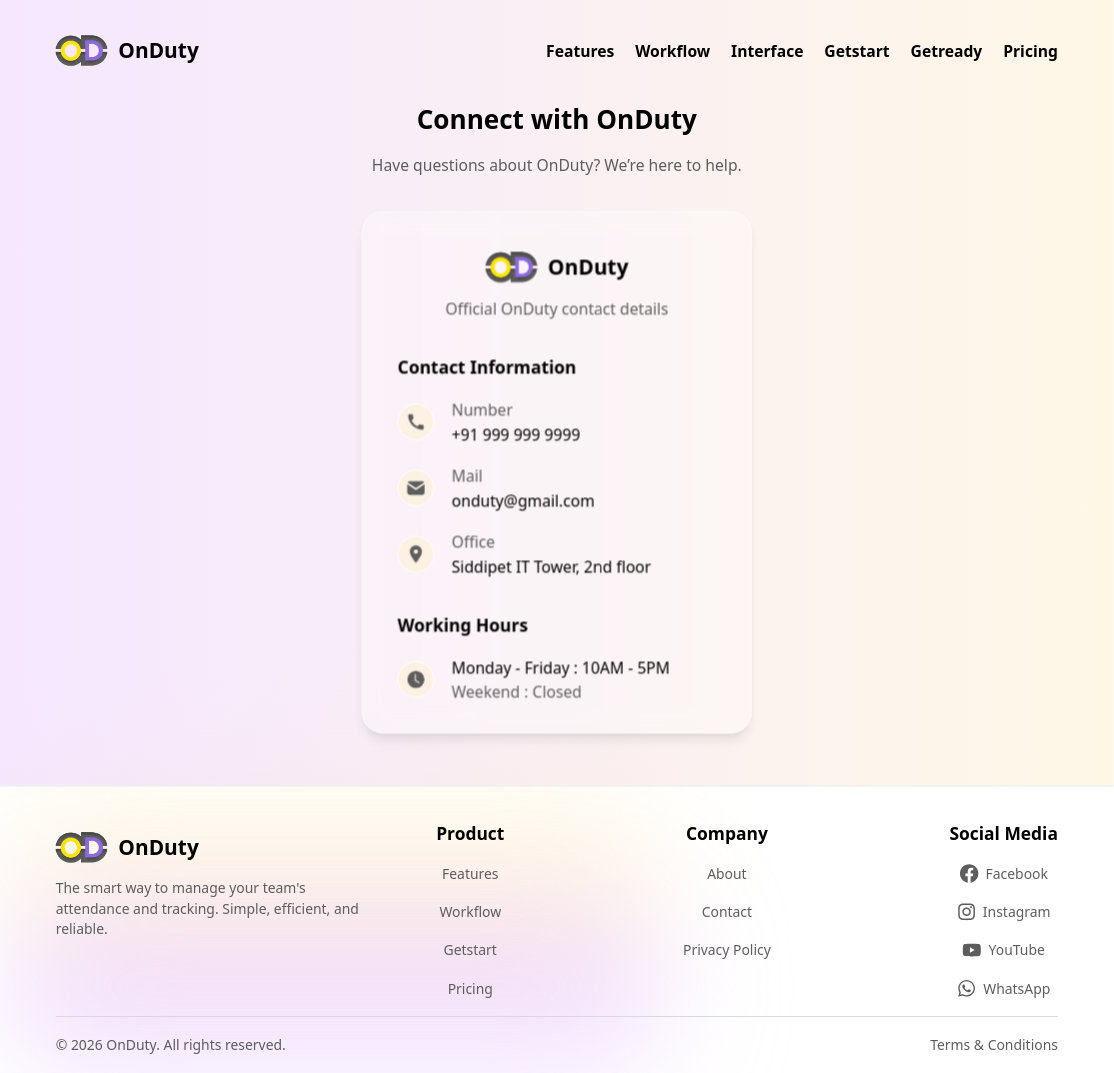
Repository: shekharzorin/ONDUTY-V1
Page: /contact
The author's editor kept a copy of each file at every save. The page is drawn from the files as they stood at one save, then again after the next save.
The browser window is 1280 px wide. The pictures show the whole page, at 87% of full size.
The project was rebuilt for these pictures with package versions that can differ from the ones it lists, and the page was loaded fresh each time. The framework's server and built-in components were replaced by stand-ins that run in the browser. Also part of the build but not shown: next.config.mjs, vite.config.js, app/components/ui/Crossicon.tsx.

Above is the page before, as saved 2026-01-17 16:44:12.

### app/layout.tsx
import type { Metadata } from "next";
import { Geist, Geist_Mono } from "next/font/google";
import "./globals.css";
import Navbar from "./components/header/Navbar";

const geistSans = Geist({
  variable: "--font-geist-sans",
  subsets: ["latin"],
});

const geistMono = Geist_Mono({
  variable: "--font-geist-mono",
  subsets: ["latin"],
});

export const metadata: Metadata = {
  title: "Create Next App",
  description: "Generated by create next app",
};

export default function RootLayout({
  children,
}: Readonly<{
  children: React.ReactNode;
}>) {
  return (
    <html lang="en">
      <body
        className={`${geistSans.variable} ${geistMono.variable} antialiased`}
      >
        <Navbar />
        {children}
      </body>
    </html>
  );
}

### app/contact/page.tsx
import Footer from "../components/footer/footer";
import ContactModal from "../components/sections/contact";

const page = () => {
  return (
    <div className="flex flex-col items-center justify-center">
      <ContactModal />
      <Footer />
    </div>
  );
};

export default page;

### app/globals.css
@import "tailwindcss";

:root {
  --color-primary: #8d6bdc;
  --color-secondary: #e0d4ff;
  --color-bg: #efefef;
  --color-sidebar: #ffffff;
  --color-gray: #5d5d5d;
}

html {
  scroll-behavior: smooth;
}




.flip-card {
  perspective: 1000px;
}

.flip-card-inner {
  transform-style: preserve-3d;
}

.flip-card-front,
.flip-card-back {
  position: absolute;
  width:auto;
  height:auto;
  backface-visibility: hidden;
}

.flip-card-back {
  transform: rotateY(180deg);
}

### app/components/header/Navbar.tsx
"use client";

import Logo from "@/public/images/od_logo.png";
import Image from "next/image";
import Link from "next/link";
import { usePathname } from "next/navigation";
import { useEffect, useState } from "react";
import { MdMenu } from "react-icons/md";
import { motion, AnimatePresence } from "framer-motion";
import { useRouter } from "next/navigation";
import Crossicon from "../ui/Crossicon";

export const navLinks = [
  { name: "Features", id: "features" },
  { name: "Workflow", id: "workflow" },
  { name: "Interface", id: "interface" },
  { name: "Getstart", id: "getstart" },
  { name: "Getready", id: "getready" },
  { name: "Pricing", path: "/pricing/" },
];

const Navbar = () => {
  const pathname = usePathname();
  const [isScrolled, setIsScrolled] = useState(false);
  const [isNavOpen, setIsNavOpen] = useState(false);
  const router = useRouter();
  const [activeSection, setActiveSection] = useState<string | null>(null);

  const handleScrollNav = (id: string) => {
    setActiveSection(id);
    router.push(`/#${id}`);
  };

  useEffect(() => {
    if (pathname !== "/") {
      setActiveSection(null);
    }
  }, [pathname]);

  useEffect(() => {
    if (pathname !== "/") return;
    const hash = window.location.hash.replace("#", "");
    if (hash) {
      setActiveSection(hash);
    } else {
      setActiveSection("features");
    }
  }, [pathname]);

  useEffect(() => {
    const handleScroll = () => setIsScrolled(window.scrollY > 20);
    window.addEventListener("scroll", handleScroll);
    return () => window.removeEventListener("scroll", handleScroll);
  }, []);

  useEffect(() => {
    if (isNavOpen) {
      document.body.style.overflow = "hidden";
    } else {
      document.body.style.overflow = "";
    }
    return () => {
      document.body.style.overflow = "";
    };
  }, [isNavOpen]);

  useEffect(() => {
    if (pathname !== "/") return;

    const sections = [
      "features",
      "workflow",
      "interface",
      "getready",
      "getstart",
    ];
    let locked = true;

    const unlock = () => (locked = false);
    window.addEventListener("scroll", unlock, { once: true });

    const observer = new IntersectionObserver(
      (entries) => {
        if (locked) return;

        entries.forEach((entry) => {
          if (entry.isIntersecting) {
            const id = entry.target.id;

            // 1️⃣ Update active state
            setActiveSection(id);

            // 2️⃣ Update URL hash WITHOUT navigation
            router.replace(`/#${id}`, { scroll: false });
          }
        });
      },
      {
        rootMargin: "-45% 0px -45% 0px",
        threshold: 0,
      }
    );

    sections.forEach((id) => {
      const el = document.getElementById(id);
      if (el) observer.observe(el);
    });

    return () => observer.disconnect();
  }, [pathname, router]);

  return (
    <header
      className={`fixed top-0 left-0 right-0 z-50 border-b transition-all ${
        isScrolled
          ? "bg-transparent backdrop-blur-md border-white shadow-lg py-0"
          : "bg-transparent border-transparent py-5"
      }`}
    >
      <div className="mx-auto w-full px-4 sm:px-6 md:px-8 lg:px-12 xl:px-16 2xl:px-24 max-w-384 py-2 flex items-center justify-between">
        <div className="flex gap-2 lg:gap-3 items-center">
          <Image
            src={Logo}
            alt="Onduty Logo"
            height={60}
            width={60}
            className="flex h-10 w-10 md:h-12 md:w-12 lg:h-15 lg:w-15"
          />
          <h1 className="text-2xl lg:text-2xl font-bold">OnDuty</h1>
        </div>

        {/* Desktop Navbar */}
        <nav className="hidden lg:flex gap-6">
          {navLinks.map((item) => {
            // SCROLL ITEM
            if (item.id) {
              return (
                <button
                  key={item.id}
                  onClick={() => handleScrollNav(item.id)}
                  className={`relative lg:font-semibold xl:font-bold text-lg transition-colors duration-300
                    after:absolute after:left-0 after:-bottom-1 after:h-1
                    after:rounded-full after:bg-(--color-primary)
                    after:transition-all after:duration-300
                    ${
                      activeSection === item.id && pathname === "/"
                        ? "text-(--color-primary)"
                        : "after:w-0 hover:after:w-full"
                    }
                  `}
                >
                  {item.name}
                </button>
              );
            }

            // ROUTE ITEM
            const isActive = pathname === item.path;

            return (
              <Link
                key={item.path}
                href={item.path!}
                className={`relative lg:font-semibold xl:font-bold text-lg transition-colors duration-300
                  after:absolute after:left-0 after:-bottom-1 after:h-1
                  after:rounded-full after:bg-(--color-primary)
                  after:transition-all after:duration-300
                  ${
                    isActive
                      ? "text-(--color-primary)"
                      : "after:w-0 hover:after:w-full"
                  }
                `}
              >
                {item.name}
              </Link>
            );
          })}
        </nav>

        <div className="lg:hidden gap-3">
          <div
            onClick={() => setIsNavOpen(true)}
            className="flex p-1 lg:hidden bg-(--color-secondary) rounded-full border-white border justify-center items-center"
          >
            <MdMenu size={28} className="opacity-10 animate-pulse" />
          </div>

          <AnimatePresence>
            {isNavOpen && (
              <motion.div
                className="fixed inset-0 backdrop-blur-sm bg-black/30 flex justify-end h-screen"
                initial={{ opacity: 0 }}
                animate={{ opacity: 1 }}
                exit={{ opacity: 1 }}
                transition={{ duration: 0.6 }}
              >
                {/* Drawer */}
                <motion.div
                  className="relative w-[70%] md:w-[60%] bg-(--color-sidebar) h-full flex items-center"
                  initial={{ x: "100%" }}
                  animate={{ x: 0 }}
                  exit={{ x: "100%" }}
                  onClick={(e: any) => e.stopPropagation()}
                  transition={{
                    duration: 0.35,
                    ease: "easeInOut",
                  }}
                >
                  {/* Close button */}
                  <div className="flex absolute top-7.25 right-4 md:right-8 lg:hidden z-20 ">
                    <Crossicon onClick={() => setIsNavOpen(false)} />
                  </div>

                  {/* Mobile Navbar */}
                  <nav className="flex flex-col gap-10 p-10 mt-10 w-full">
                    {navLinks.map((item) => {
                      if (item.id) {
                        return (
                          <button
                            key={item.id}
                            onClick={() => {
                              handleScrollNav(item.id);
                              setIsNavOpen(false);
                            }}
                            className={`py-2 w-full relative text-lg font-semibold md:font-bold text-left transition-colors
                              ${
                                activeSection === item.id && pathname === "/"
                                  ? "text-(--color-primary)"
                                  : "text-black/80 hover:text-(--color-primary)"
                              }
                            `}
                          >
                            {item.name}
                          </button>
                        );
                      }

                      const isActive = pathname === item.path;

                      return (
                        <Link
                          key={item.path}
                          href={item.path!}
                          onClick={() => setIsNavOpen(false)}
                          className={`relative text-lg font-semibold md:font-bold py-2
                            ${isActive ? "text-(--color-primary)" : ""}
                          `}
                        >
                          {item.name}
                        </Link>
                      );
                    })}
                  </nav>
                </motion.div>
              </motion.div>
            )}
          </AnimatePresence>
        </div>
      </div>
    </header>
  );
};

export default Navbar;

### app/components/footer/footer.tsx
import Image from "next/image";
import Logo from "@/public/images/od_logo.png";
import Link from "next/link";
import { FaFacebook, FaInstagram, FaWhatsapp, FaYoutube } from "react-icons/fa";
import { ReactNode } from "react";

type FooterLink = {
  label: string;
  href: string;
  external?: boolean;
  icon?: ReactNode;
};

type FooterSection = {
  title: string;
  links: FooterLink[];
};

const footerLinks: FooterSection[] = [
  {
    title: "Product",
    links: [
      { label: "Features", href: "/#features" },
      { label: "Workflow", href: "/#workflow" },
      { label: "Getstart", href: "/#getstart" },
      { label: "Pricing", href: "/pricing/" },
    ],
  },
  {
    title: "Company",
    links: [
      { label: "About", href: "/about" },
      { label: "Contact", href: "/contact" },
      { label: "Privacy Policy", href: "/privacy&policy" },
    ],
  },
  {
    title: "Social Media",
    links: [
      {
        label: "Facebook",
        href: "https://www.facebook.com",
        external: true,
        icon: <FaFacebook size={22} />,
      },
      {
        label: "Instagram",
        href: "https://www.instagram.com",
        external: true,
        icon: <FaInstagram size={22} />,
      },
      {
        label: "YouTube",
        href: "https://www.youtube.com",
        external: true,
        icon: <FaYoutube size={22} />,
      },
      {
        label: "WhatsApp",
        href: "https://www.whatsapp.com",
        external: true,
        icon: <FaWhatsapp size={22} />,
      },
    ],
  },
];

const Footer = () => {
  return (
    <section
      id="footer"
      className="relative px-4 sm:px-6 md:px-8 lg:px-12 xl:px-16 2xl:px-24 max-w-384 w-full border-t border-gray-200"
    >
      {/* Background flare */}
      <div className="absolute top-0 left-1/2 -translate-x-1/2 w-full h-full max-w-7xl pointer-events-none -z-10">
        <div className="absolute bottom-0 w-[60%] h-[60%] bg-[#eccfff] rounded-full blur-3xl opacity-60 mix-blend-multiply filter" />
        <div className="absolute top-0 w-[60%] h-[60%] bg-[#fff4da] rounded-full blur-3xl opacity-60 mix-blend-multiply filter" />
      </div>

      <div className="flex flex-col pt-3 lg:pt-10 lg:flex-row lg:justify-between gap-5 lg:gap-20">
        <div className="flex flex-col gap-1 w-full lg:w-[50%]">
          <div className="flex gap-2 lg:gap-3 items-center">
            <Image
              src={Logo}
              alt="Onduty Logo"
              height={60}
              width={60}
              className="flex h-10 w-10 md:h-12 md:w-12 lg:h-15 lg:w-15"
            />
            <h1 className="text-2xl lg:text-2xl font-bold">OnDuty</h1>
          </div>
          <p className="text-(--color-gray)">
            The smart way to manage your team's attendance and tracking. Simple,
            efficient, and reliable.
          </p>
        </div>

        <div className="flex flex-wrap text-(--color-gray) justify-between w-full gap-5 lg:px-0 text-center">
          {footerLinks.map((section) => (
            <div key={section.title} className="flex flex-col gap-5">
              <p className="text-black text-lg lg:text-xl font-semibold">
                {section.title}
              </p>

              {section.links.map((link) => (
                <Link
                  key={link.label}
                  href={link.href}
                  target={link.external === true ? "_blank" : undefined}
                  rel={
                    link.external === true ? "noopener noreferrer" : undefined
                  }
                  className="hover:text-(--color-primary) transition"
                >
                  <p className="flex items-center gap-2 justify-center">
                    {link.icon}
                    {link.label}
                  </p>
                </Link>
              ))}
            </div>
          ))}
        </div>
      </div>

      <hr className="text-gray-300 mt-5" />
      <div className="text-(--color-gray) flex flex-col md:flex-row md:justify-between gap-5 my-5">
        <p>© 2026 OnDuty. All rights reserved.</p>
        <Link href="#">
          <p>Terms & Conditions</p>
        </Link>
      </div>
    </section>
  );
};

export default Footer;

### app/components/sections/contact.tsx
"use client";

import { motion } from "framer-motion";
import Image from "next/image";
import { useEffect, useState } from "react";
import { BsClockFill } from "react-icons/bs";
import { MdCall, MdLocationOn } from "react-icons/md";
import { TbMailFilled } from "react-icons/tb";
import Logo from "@/public/images/od_logo.png";

const Contact = () => {
  const [isFlipped, setIsFlipped] = useState(false);
  const [isAnimating, setIsAnimating] = useState(false);

  useEffect(() => {
    const timer = setTimeout(() => {
      setIsFlipped(true);
      setIsAnimating(true);
    }, 1500);

    return () => clearTimeout(timer);
  }, []);

  return (
    <section className="px-4 sm:px-6 md:px-8 lg:px-12 xl:px-16 2xl:px-24 max-w-384 mx-auto w-full bg-linear-to-r from-[#eccfff]/50 to-[#fff0cd]/50">
      <div className="flex flex-col items-center justify-center gap-10 mt-30 mb-15">
        <div className="flex flex-col items-center justify-centertext-center gap-5">
          <p className="text-2xl lg:text-3xl font-bold leading-[1.15] lg:text-balance justify-center items-center">
            Connect with OnDuty
          </p>
          <p className="md:text-lg text-(--color-gray)">
            Have questions about OnDuty? We’re here to help.
          </p>
        </div>

        <div className="flip-card relative w-full max-w-md h-140 md:h-150 rounded-3xl md:text-lg">
          <motion.div
            className="flip-card-inner relative w-full h-full"
            initial={{ rotateY: 0 }}
            animate={{ rotateY: isFlipped ? 180 : 360 }}
            transition={{ duration: 0.6, ease: "easeInOut" }}
            onAnimationComplete={() => setIsAnimating(false)}
          >
            {/* First card before flip */}
            <div className="flip-card-front absolute inset-0 backdrop-blur-md border border-white bg-white/30 shadow-lg rounded-3xl flex flex-col items-center justify-center">
              <div className="absolute flex h-7 w-[60%] left-0 top-[15%] bg-[#fff0cd]/50 rounded-r-full" />
              <div className="absolute flex h-7 w-[50%] left-0 top-[22%] bg-[#fff0cd]/35 rounded-r-full" />
              <div className="absolute flex h-7 w-[40%] left-0 top-[29%] bg-[#fff0cd]/25 rounded-r-full" />

              <div className="flex flex-col items-center justify-center text-center">
                <Image
                  src={Logo}
                  alt="Onduty Logo"
                  height={80}
                  width={80}
                  className="md:h-25 md:w-25"
                />
                <h1 className="text-3xl font-bold">OnDuty</h1>
              </div>

              <div className="absolute flex h-7 w-[40%] right-0 bottom-[29%] bg-[#eccfff]/25 rounded-l-full" />
              <div className="absolute flex h-7 w-[50%] right-0 bottom-[22%] bg-[#eccfff]/35 rounded-l-full" />
              <div className="absolute flex h-7 w-[60%] right-0 bottom-[15%] bg-[#eccfff]/50 rounded-l-full" />
            </div>

            {/* Second card after flip */}
            <div className="flip-card-back absolute inset-0 backdrop-blur-md border border-white bg-white/30 shadow-lg rounded-3xl p-7 md:p-10 flex flex-col gap-10 justify-center">
              <div className="flex flex-col gap-1 w-full items-center justify-center">
                <div className="flex gap-2 lg:gap-3 items-center">
                  <Image
                    src={Logo}
                    alt="Onduty Logo"
                    height={60}
                    width={60}
                    className="flex h-10 w-10 md:h-12 md:w-12 lg:h-15 lg:w-15"
                  />
                  <h1 className="text-2xl lg:text-2xl font-bold">OnDuty</h1>
                </div>
                <p className="text-(--color-gray) text-center">
                  Official OnDuty contact details
                </p>
              </div>

              <div className="flex flex-col gap-5">
                <p className="font-bold text-xl">Contact Information</p>

                <div className="flex flex-col gap-5 text-(--color-gray)">
                  <div className="flex gap-5 items-center">
                    <MdCall
                      className="p-2 rounded-full bg-[#fff0cd]/50 border border-white"
                      size={42}
                    />
                    <div>
                      <p className="text-(--color-gray)">Number</p>
                      <p className="font-medium text-black">+91 999 999 9999</p>
                    </div>
                  </div>

                  <div className="flex gap-5 items-center">
                    <TbMailFilled
                      className="p-2 rounded-full bg-[#fff0cd]/50 border border-white"
                      size={42}
                    />
                    <div>
                      <p className="text-(--color-gray)">Mail</p>
                      <p className="font-medium text-black">onduty@gmail.com</p>
                    </div>
                  </div>

                  <div className="flex gap-5 items-center">
                    <MdLocationOn
                      className="p-2 rounded-full bg-[#fff0cd]/50 border border-white"
                      size={42}
                    />
                    <div>
                      <p className="text-(--color-gray)">Office</p>
                      <p className="font-medium text-black">
                        Siddipet IT Tower, 2nd floor
                      </p>
                    </div>
                  </div>
                </div>
              </div>

              <div className="flex flex-col gap-5">
                <p className="font-bold text-xl">Working Hours</p>
                <div className="flex gap-5 items-center text-(--color-gray)">
                  <BsClockFill
                    className="p-2.5 rounded-full bg-[#fff0cd]/50 border border-white"
                    size={42}
                  />
                  <div>
                    <p className="font-medium text-black">
                      Monday - Friday : 10AM - 5PM
                    </p>
                    <p className="text-(--color-gray)">Weekend : Closed</p>
                  </div>
                </div>
              </div>
            </div>
          </motion.div>
        </div>
      </div>
    </section>
  );
};

export default Contact;

After the next save:
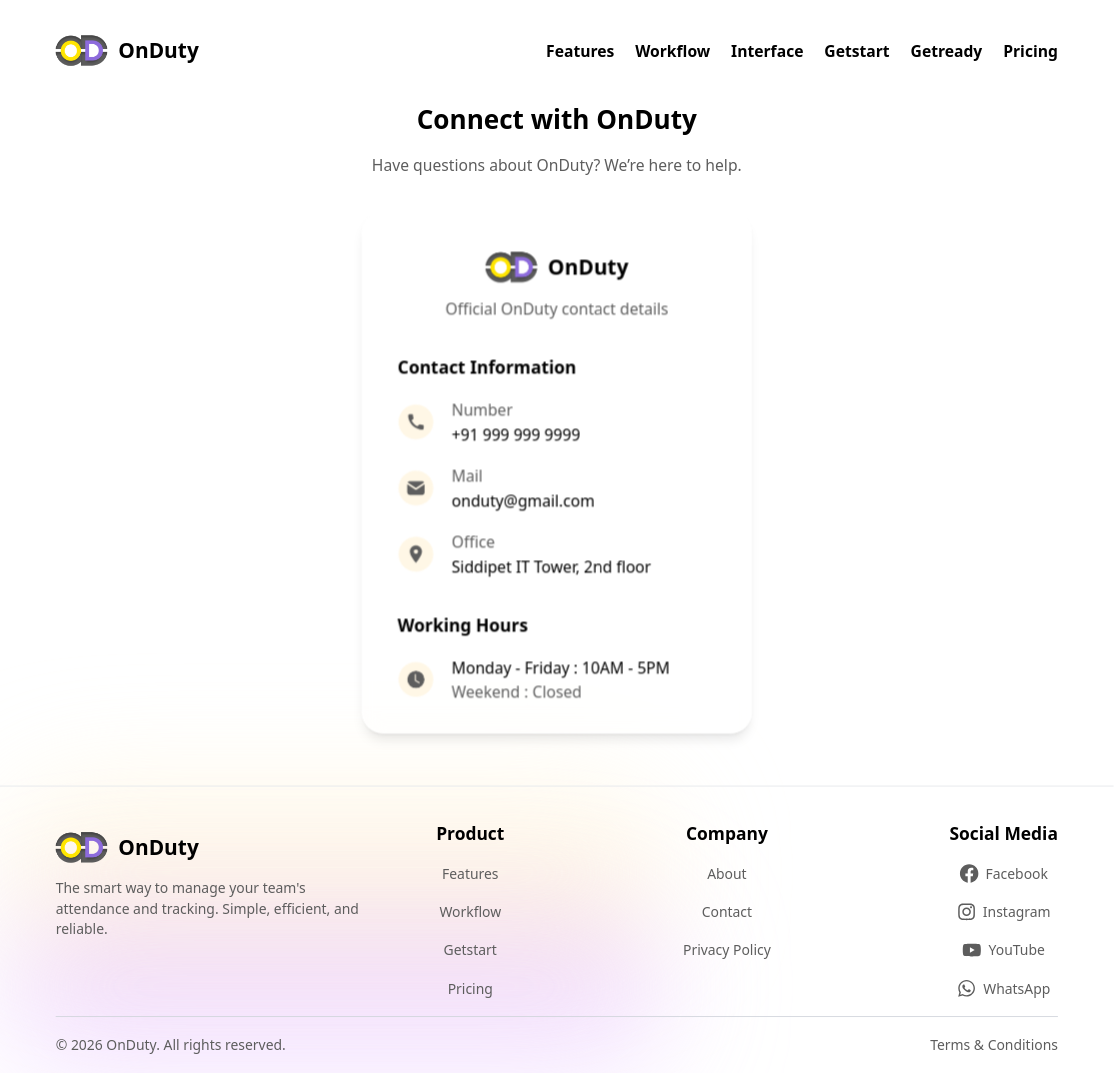
Saved 74 s later.
--- a/app/components/sections/contact.tsx
+++ b/app/components/sections/contact.tsx
@@ -22,7 +22,7 @@ const Contact = () => {
   }, []);
 
   return (
-    <section className="px-4 sm:px-6 md:px-8 lg:px-12 xl:px-16 2xl:px-24 max-w-384 mx-auto w-full bg-linear-to-r from-[#eccfff]/50 to-[#fff0cd]/50">
+    <section className="px-4 sm:px-6 md:px-8 lg:px-12 xl:px-16 2xl:px-24 max-w-384 mx-auto w-full">
       <div className="flex flex-col items-center justify-center gap-10 mt-30 mb-15">
         <div className="flex flex-col items-center justify-centertext-center gap-5">
           <p className="text-2xl lg:text-3xl font-bold leading-[1.15] lg:text-balance justify-center items-center">
